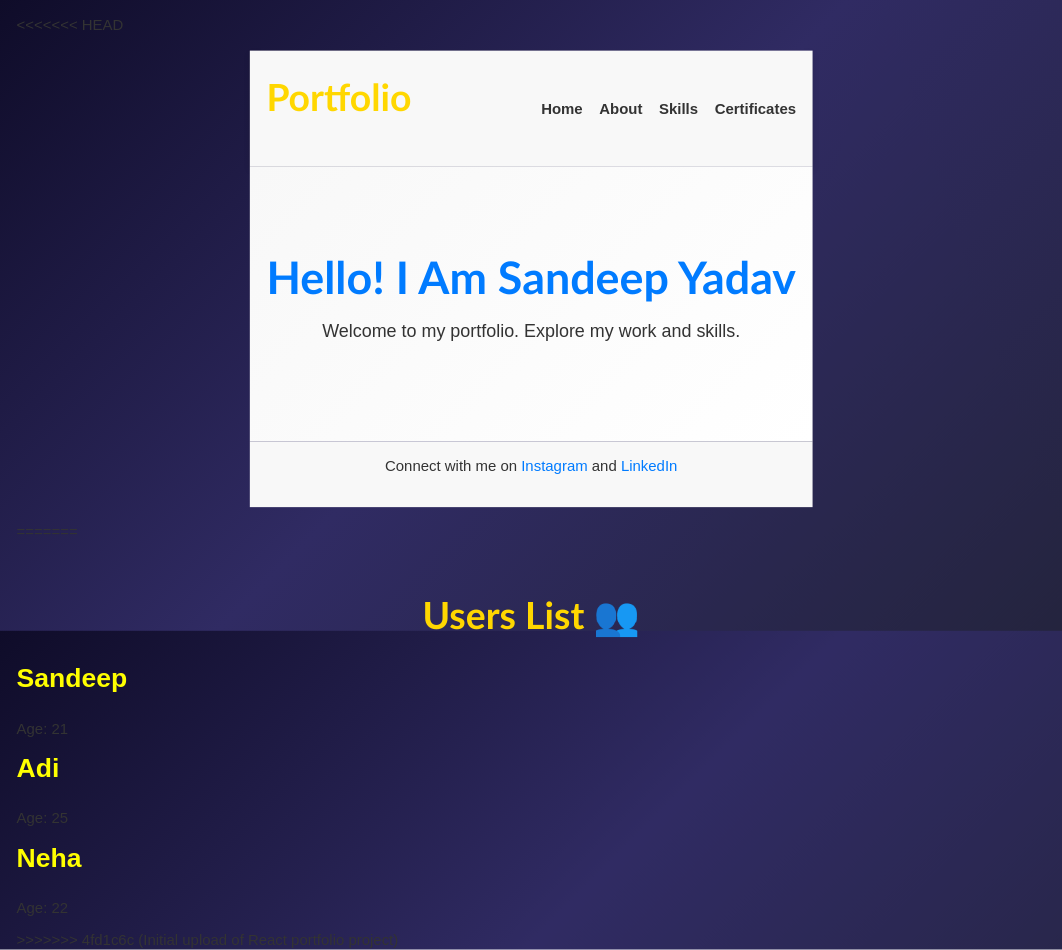
Repository: SandeepYadav18717/Sandeep_portfolio
Page: /
The author's editor kept a copy of each file at every save. The page is drawn from the files as they stood at one save, then again after a run of saves.
The browser window is 1280 px wide. The pictures show the whole page, at 83% of full size.
The project was rebuilt for these pictures with package versions that can differ from the ones it lists, and the page was loaded fresh each time. Also part of the build but not shown: vite.config.js, src/index.css, src/App.css, src/Navbar/Navbar.jsx, src/Pages/Home.css, src/Pages/Index.jsx, src/Pages/Skills.jsx, src/Contact/contact.jsx.

Above is the page before, as saved 2025-09-01 08:54:47.

### index.html
<<<<<<< HEAD
 <!DOCTYPE html>
<html lang="en">
<head>
    <meta charset="UTF-8">
    <meta name="viewport" content="width=device-width, initial-scale=1.0">
    <title>Portfolio - Sandeep Yadav</title>
    <style>
        body {
            margin: 0;
            font-family: 'Arial', sans-serif;
            background-color: #ffffff;
            color: #333333;
            height: 100vh;
            display: flex;
            flex-direction: column;
            justify-content: space-between;
        }

        .container {
            max-width: 1200px;
            margin: 0 auto;
            padding: 20px;
            flex: 1;
        }

        .navbar {
            display: flex;
            justify-content: space-between;
            align-items: center;
            padding: 20px;
            background-color: #f8f8f8;
            box-shadow: 0 4px 8px rgba(0, 0, 0, 0.1);
            animation: slideIn 1s ease-out;
        }

        .navbar ul {
            list-style: none;
            display: flex;
            gap: 20px;
        }

        .navbar ul li {
            display: inline;
        }

        .navbar ul li a {
            color: #333333;
            text-decoration: none;
            font-weight: bold;
            transition: color 0.3s;
        }

        .navbar ul li a:hover {
            color: #007bff;
        }

        .hero {
            text-align: center;
            padding: 100px 20px;
            background: linear-gradient(135deg, #f8f8f8, #ffffff);
            animation: fadeIn 2s ease-in-out;
            flex: 1;
        }

        .hero h1 {
            font-size: 3em;
            margin: 0;
            color: #007bff;
            animation: bounceIn 1.5s ease-in-out;
        }

        .hero p {
            font-size: 1.2em;
            margin: 20px 0;
            color: #333333;
            animation: fadeIn 2s ease-in-out;
        }

        .hero a {
            display: inline-block;
            padding: 10px 20px;
            color: #ffffff;
            background-color: #007bff;
            text-decoration: none;
            border-radius: 5px;
            transition: background-color 0.3s;
            animation: fadeIn 2s ease-in-out;
        }

        .hero a:hover {
            background-color: #0056b3;
        }

        .footer {
            text-align: center;
            padding: 20px;
            background-color: #f8f8f8;
            animation: slideIn 1s ease-out;
        }

        .footer a {
            color: #007bff;
            text-decoration: none;
        }

        @keyframes slideIn {
            from {
                transform: translateY(-100%);
                opacity: 0;
            }
            to {
                transform: translateY(0);
                opacity: 1;
            }
        }

        @keyframes fadeIn {
            from {
                opacity: 0;
            }
            to {
                opacity: 1;
            }
        }

        @keyframes bounceIn {
            0%, 20%, 40%, 60%, 80%, 100% {
                transform: translateY(0);
            }
            50% {
                transform: translateY(-20px);
            }
        }
    </style>
</head>
<body>
    <div class="container">
        <nav class="navbar">
            <div class="logo">
                <h1>Portfolio</h1>
            </div>
            <ul>
                <li><a href="index.html">Home</a></li>
                <li><a href="about sandeep.html">About</a></li>
                <li><a href="Sandeep port experience.html">Skills</a></li>
                <li><a href="Sandeep port certifications.html">Certificates</a></li>
            </ul>
        </nav>

        <section class="hero" id="home">
            <h1>Hello! I Am Sandeep Yadav</h1>
            <p>Welcome to my portfolio. Explore my work and skills.</p>

        </section>

        <footer class="footer">
            <p>Connect with me on <a href="https://instagram.com/sandeepyadav782707?utm_source=qr&igshid=ZDc4ODBmNjlmNQ%3D%3D">Instagram</a> and <a href="https://www.linkedin.com/in/sandeep-yadav-0b6357210">LinkedIn</a></p>
        </footer>
    </div>
</body>
</html>
=======
<!doctype html>
<html lang="en">
  <head>
    <meta charset="UTF-8" />
    <link rel="icon" type="image/svg+xml" href="/vite.svg" />
    <meta name="viewport" content="width=device-width, initial-scale=1.0" />
    <title>Vite + React</title>
  </head>
  <body>
    <div id="root"></div>
    <script type="module" src="/src/main.jsx"></script>
  </body>
</html>
>>>>>>> 4fd1c6c (Initial upload of React portfolio project)

### src/App.jsx
import { useState } from 'react'
import reactLogo from './assets/react.svg'
import viteLogo from '/vite.svg'
import './App.css'
import Navbar from './navbar/Navbar'
import Home from './Pages/Index.jsx'
import Cards, { Card } from './Cards/Cards.jsx'
import Skills from './Pages/Skills.jsx'
import Index from './Pages/Index.jsx'
import Cert from './Certifitae/Certi.jsx'
import Contact from './Contact/contact.jsx'
import Checkbox from "./Practice/Checkbox.jsx"







function App() {

  return (
    <>
   <Checkbox/>







    </>
  )
}

export default App

### src/Practice/Checkbox.jsx
import { useState } from "react";

function Checkbox() {
  // const [gender, setGender] = useState("");

  // function handleChange(event) {
  //   setGender(event.target.value);
  // }

  // return (
  //   <>
      {/* <h1>Gender: {gender}</h1>

      <input
        type="radio"
        name="gender"
        id="male"
        value="Male"
        onChange={handleChange}
      />
      <label htmlFor="male">Male</label>

      <input
        type="radio"
        name="gender"
        id="female"
        value="Female"
        onChange={handleChange}
      />
      <label htmlFor="female">Female</label> */}

  const users = [
    { id: 1, name: "Sandeep", age: 21 },
    { id: 2, name: "Adi", age: 25 },
    { id: 3, name: "Neha", age: 22 },

  ];

  return (
    <>
    <div>
      <h1>Users List 👥</h1>
      {users.map((xyz) => (
        <div key={xyz.id}>
          <h3>{xyz.name}</h3>
          <p>Age: {xyz.age}</p>
        </div>
      ))}
    </div>

    </>
  );
}

export default Checkbox;

### src/Navbar/Navabr.css
@import url('https://fonts.googleapis.com/css2?family=Press+Start+2P&display=swap');

#container {
    height: 70px;
    width: 100%;
    display: flex;
    justify-content: space-evenly;
    align-items: center;
    font-family: 'Press Start 2P', cursive;
    color: #4e3940;
    background-color: transparent;
    transition: all 0.2s ease-in-out;
}
#container

.nav-item {
    padding: 10px 25px;
    border-radius: 10px;


    transition: all 0.4s ease;
}

#container .nav-item:hover {
    text-shadow: 2px 2px 5px whitesmoke;
    box-shadow: 0 10px 20px rgba(0,0,0,0.5);
    transform: translateY(-10px) scale(1.1);
    background-color:  #4e3940;
    color: whitesmoke;
    cursor: pointer;
}

body{
    background: linear-gradient(135deg,black);
    height: 100vh;
}

### src/Cards/Card.css
@import url('https://fonts.googleapis.com/css2?family=Montserrat:wght@400;700&display=swap');

#card-contain{
    display: flex;

    height:250px;
    margin-top: 10%;
    justify-content: center;
    border-radius: 25px;
    gap:4%



}


.Back {
  background: linear-gradient(135deg, #3a1c71, #d76d77, #ffaf7b);
  height: 250px;
  width: 250px;
  border-radius: 25px 80px 25px  80px;
  border: 3px double gold;
   margin-left: 0px;
   padding-left: 20px;
   padding-top: 20px;
  transition: transform 0s ease;
  box-shadow: 5px 10px 18px 5px black ;
  animation: card 1s ease-in-out 0s;

}
@keyframes card {
  0%{
    transform: scale(0.5);
    opacity: 0;


  }


  100%{
    transform: scale(1);
    opacity: 200;
  }

}

.Back:hover {
 transform: rotateY(180deg);
 height:400px;
 color: wheat;
  background: linear-gradient(135deg, #0f0c29, #302b63, #24243e);
  border: 3px solid gold;
  box-shadow: 5px 10px 18px  crimson;
  font-family:'Montserrat' ;
}

.Back-X {
  background: linear-gradient(-135deg, #3a1c71, #d76d77, #ffaf7b);
  height: 250px;
  width: 250px;
  padding-left: 20px;
  padding-top: 50px;
  border-radius: 50px;
   margin-left: 0px;
  transition: transform 0s ease;
  box-shadow: 5px 10px 18px 10px black;


}
.Back-X:hover {
  transform: rotateX(180deg);
 height:400px;
 padding-top: 20px;
 color: wheat;
  background: linear-gradient(135deg, #0f0c29, #302b63, #24243e);
  border: 3px solid gold;
  box-shadow: 5px 10px 18px  crimson;
  font-family:'Montserrat' ;



}

.card-1,.card-3  {
  border-radius: 25px;
  height: 250px;
   margin-left: 40px;
  color: transparent;
  transition: transform 1s ease;


}
.card-1:hover {
  transform: rotateY(180deg);


}


.card-2,.card-4 {

  height: 450px;
  width: 250px;
  border-radius: 25px;
   margin-left: 40px;
  transition: transform 1s ease;
  color: transparent;

}

.card-2:hover {
  transform: rotatex(180deg);

}


.card-3:hover {
  transform: rotateY(180deg);
   color: wheat;
}

.card-4:hover {
  transform: rotateX(180deg);

}
body{
 background: linear-gradient(135deg, #0f0c29, #302b63, #24243e);
            color: #f8f8f8;
            min-height: 100vh;
            padding: 20px;
}
h3{
  color: yellow;
  font-size: xx-large;
  margin-top:0% ;
}
h3:hover{
  color: yellow;

  margin-top:0% ;
}
p{
  margin-top: 0%;
}

### src/Pages/Skills.css


h1 {
  text-align: center;
  color: gold;
  font-family: 'Gill Sans', 'Gill Sans MT', Calibri, 'Trebuchet MS', sans-serif;
  margin-top: 20px;
  font-size: 250%;
  margin-top: 5%;
}
#card-skill {
  height: 200px;
  display: flex;

  align-items: center;
  gap:2%;
  border-radius: 20px;
  color: white;
  width:100%




}
.card-skill-1,.card-skill-2,.card-skill-3,.card-skill-4{
    background-color:  rgba(15, 12, 41, 0.7);
    border: 1px solid gold;
    height:145px;
    width:250px;
    background: rgba(15, 12, 41, 0.5);
    border-radius: 25px;
    margin-left: 4%;
    margin-top: 5%;
    text-align: center;
    color: #ffd700


 ;


}
.card-skill-1:hover,.card-skill-2:hover,.card-skill-3:hover,.card-skill-4:hover,.card-skill.h3:hover{
    border-color: #ffd700;
    box-shadow: 10px 15px 15px rgba(255, 215, 0, 0.2),  0 2.5px 5px crimson;
    transform: scale(1.3);
    border:2px, double ,gold;

}
.card-skill.h3 {
  color: yellow;
  background: transparent;
  display: inline-block;
  font-size: 20px;
  transition: transform 0.3s ease, color 0.3s ease;
  height: 35px;
  width:250px;
}

### src/Contact/contact.css
body{
    background-color: azure;
    color: aqua;
    font-size: large;
}
.input-box {
             display: inline-flex;
            align-items: center;
            gap: 15px;
            margin-top: 2%;
            padding: 18px 40px;
            background: linear-gradient(135deg, var(--gold) 0%, #B8860B 100%);
            color: var(--dark);
            border: none;
            font-weight: 600;
            border-radius: 2px;
            transition: var(--transition);
            box-shadow: 0 10px 30px rgba(212, 175, 55, 0.3);
            cursor: pointer;



}
@keyframes input {
   25% {
    transform: translateY(-1225px);
  }
  50% {
    transform: translateZ(100px) translateY(100px);
  }
  75% {
    transform: translateZ(1225px);
  }
}


.input-box:focus {
  border-color: #007bff;
  box-shadow: -4px 15px 25px rgba(240, 241, 243, 0.5);
  width: 500px;

}
button{
    display: inline-flex;
            align-items: center;

            gap: 15px;
            padding: 18px 40px;
            background: linear-gradient(to right, #ff9966, #ff5e62);
            color: Gold;
            border: yellow;
            font-weight: 600;
            border-radius: 2px;
            transition: var(--transition);
            box-shadow: 0 10px 30px rgba(212, 175, 55, 0.3);
            cursor: pointer;
}
button:hover{
     transform: translateY(-3px);
            box-shadow: 0 15px 40px rgba(212, 175, 55, 0.4);
}
#heading{
    font-size: xxx-large;
    color:  #f9dcdc;
    text-shadow: 1px 1px 4px  gold;
    text-align: center;
}

### src/Cards/Cards.jsx
import "./Card.css";

function Card(props) {
  return (
    <div className={props.className}>
       {/* //<div className="card-1"> </div> */}
      <div className={props.backClass}>
        {/* //<div className="Back"> </div> */}
        <h3>{props.title}{props.icon}</h3>
          {/* title="Machine Learning Project" */}
        <p>{props.description}</p>
      </div>
    </div>
  );
}

function Cards() {
  return (
    <div>
    <text
        style={{
          color: "#FFD700",
          fontFamily: "Montserrat, sans-serif",
          textAlign: "center",
          fontSize: "40px",
          marginTop: "25%",
          marginLeft:"40%"
        }}
      >
        Projects Describe
      </text>

      <div id="card-contain">
        {/* Card-1 */}
        <Card
        className="card-1"
        backClass="Back"
        title="A.I Based Project"
        description="Developed a back-end system using Python and pandas to automatically send
          tailored mass emails to more than 1000 recipients. Developed a user-friendly
          front-end   , CSS, and JavaScript, enabling users to upload
          files and extract over 100 email addresses. Successfully implemented logic to
          dynamically populate email templates, reducing 20% manual effort."
        />

        {/* Card-2 */}
        <Card
          className="card-2"
          backClass="Back-X"
          title="Machine Learning Based"
          description="Created a Supervised Learning model for Behavioral Pattern Recognition to
          effectively arrange and distribute time for more than 15 user tasks. 10% more
          user productivity and time savings were achieved through suggested performance
          enhancements and intelligent time allocation using HTML, CSS, JavaScript, and ML."
        />

        {/* Card-3 */}
        <Card
          className="card-3"
          backClass="Back"
          title="Book Writing Project"
          description="Co-authoring a technical book on Machine Learning (ML) concepts and applications with 1+ one or more faculty members.
 Using real-world examples in Python, I have written and organized more than 5 chapters on the basics of supervised learning techniques, such as linear regression.
"
        />

        {/* Card-4 */}
        <Card
          className="card-4"
          backClass="Back-X"
          title="Behavioral Pattern Recognition"
          description="Created a Supervised Learning model for Behavioral Pattern Recognition to
          effectively..."
        />
      </div>
    </div>
  );
}
export { Card };
export default Cards;

### src/Certifitae/Certi.jsx
import { Card } from "../Cards/Cards";
import "./certi.css"

function Cert() {
  return (
    <div>
         <h1> Certifications & Achievements</h1>
      <div id="card-skills">
        <Card
          className="card1"

        />
        <Card
          className="card2"

        />
        <Card
          className="card3"

        />
        <Card
          className="card4"

        />
      </div>


      </div>


  );
}

export default Cert;

### src/Certifitae/certi.css
#card-skills{
    border:4px solid gold;
     height: 500px;
  display: flex;
  margin-left: 5%;
  align-items: center;
  gap:2%;
  border-radius: 20px;
  color: white;
  width:90%;
  background: linear-gradient(135deg, rgba(15, 12, 41, 0.8), rgba(48, 43, 99, 0.8));
 padding: 0px;
            margin-top: 50px;
            border: 2px solid rgba(255, 215, 0, 0.3);
        }
.card1,.card2,.card3,.card4{
                background: rgba(255, 255, 255, 0.1);
            border-radius: 10px;
            padding: 15px;
            width: 280px;
            height:100px;
            margin-left: 15px;
            transition: all 0.3s ease;
        }
        .card3{
            margin-top: 25%;
        }
        .card2{
            margin-left: 25%;
        }


.card1:hover,.card2:hover,.card3:hover,.card4:hover,.card-skill.h3:hover{



  transform: translateY(-5px);
            box-shadow: 0 10px 20px rgba(0, 0, 0, 0.3);
}

Loaded but not shown: src/main.jsx (common file); src/index.css (no copy from this time; the picture is the same without it)

After the next 3 saves:
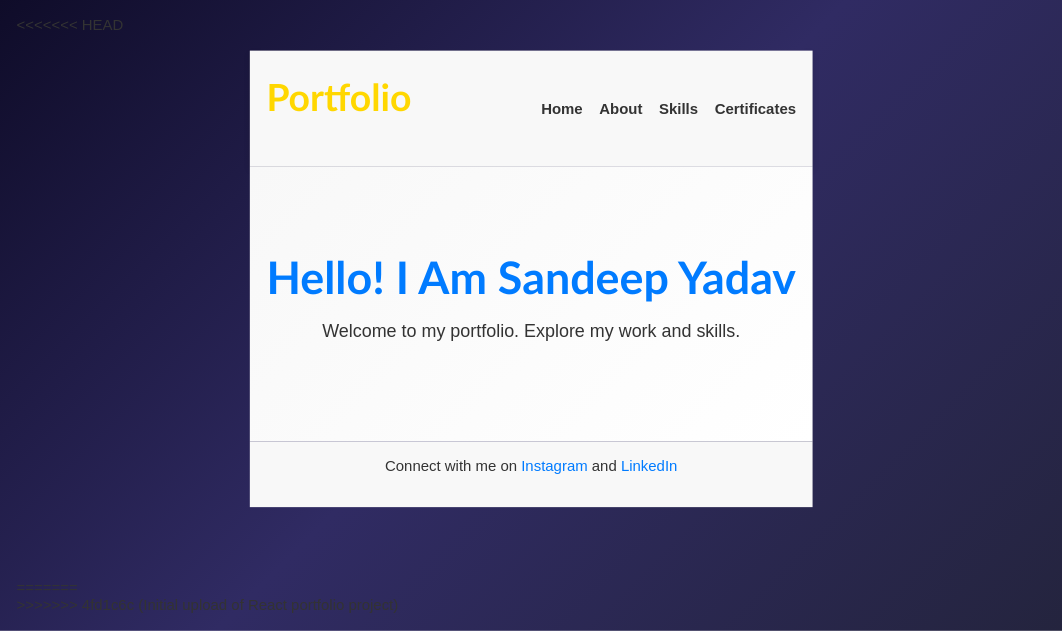
Console error: ReferenceError: Certif is not defined
The 3 saves are shown as one change because they came seconds apart.
The last was saved 86 min 51 s later.
--- a/src/App.jsx
+++ b/src/App.jsx
@@ -21,7 +21,7 @@
 
   return (
     <>
-   <Checkbox/>
+   <Certif/>
 
 
 

After the 3 saves that followed:
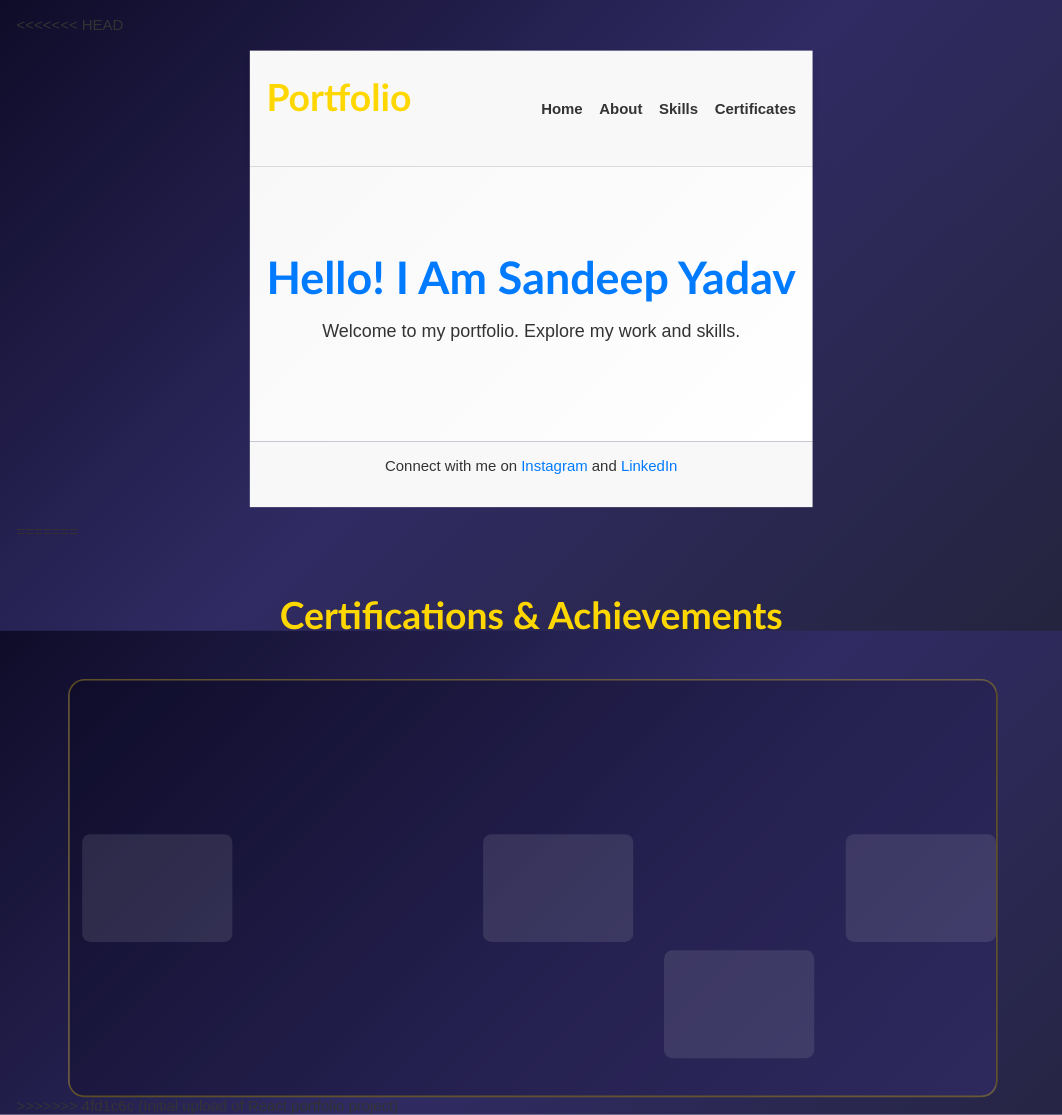
The error is gone.
The 3 saves are shown as one change because 2 left the picture as it was.
The last was saved 61 s later.
--- a/src/App.jsx
+++ b/src/App.jsx
@@ -21,7 +21,7 @@
 
   return (
     <>
-   <Certif/>
+   <Cert/>
 
 
 
